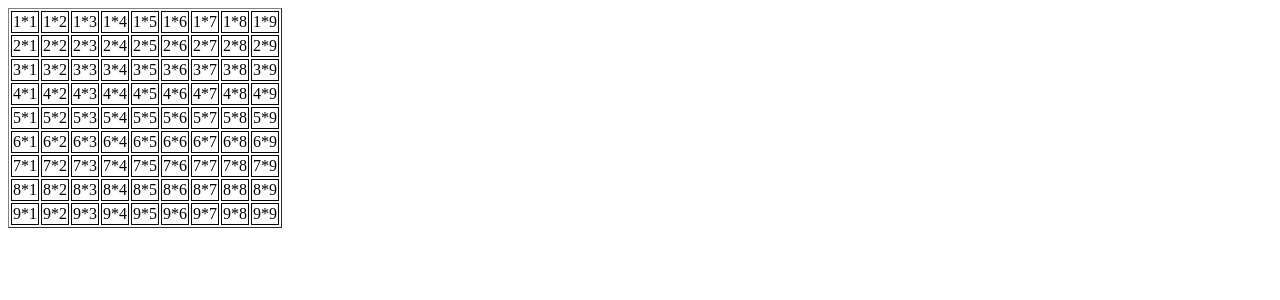
Repository: tppei/PHP
Page: http://localhost/htdocs/php08/practice_loop_intermediate.php
The author's editor kept a record of every edit. The page is drawn from the files as they stood at one moment, then again after the next edit.
The browser window is 1280 px wide. The pictures show the whole page.
The page is run by PHP 8.4 with error messages shown; the project is at /var/www/html/.

Above is the page before.

### htdocs/php08/practice_loop_intermediate.php

<table border="1">
<?php
for($r=1;$r<10;$r++){
    print "<tr>";
    for($l=1;$l<10;$l++){
        print "<td>".$r.'*'.$l."</td>";
    }
    print "</tr>";
}
?>
<!DOCTYPE html>
<head>
    <meta charset="UTF-8">
</head>
<style>
 td{
     border:1px solid #000;
 }
 tr{
     border:1px solid #000;
 }
</style>
<body>
</body>

After the next edit:
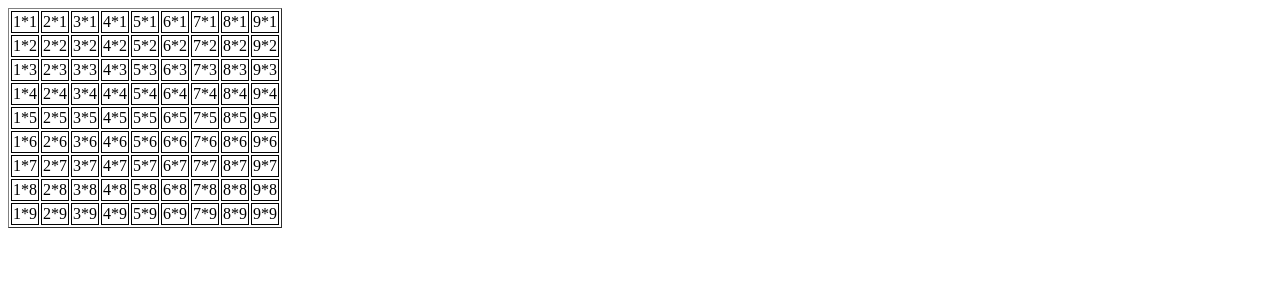
The edit:
--- a/htdocs/php08/practice_loop_intermediate.php
+++ b/htdocs/php08/practice_loop_intermediate.php
@@ -4,7 +4,7 @@
 for($r=1;$r<10;$r++){
     print "<tr>";
     for($l=1;$l<10;$l++){
-        print "<td>".$r.'*'.$l."</td>";
+        print "<td>".$l.'*'.$r."</td>";
     }
     print "</tr>";
 }
